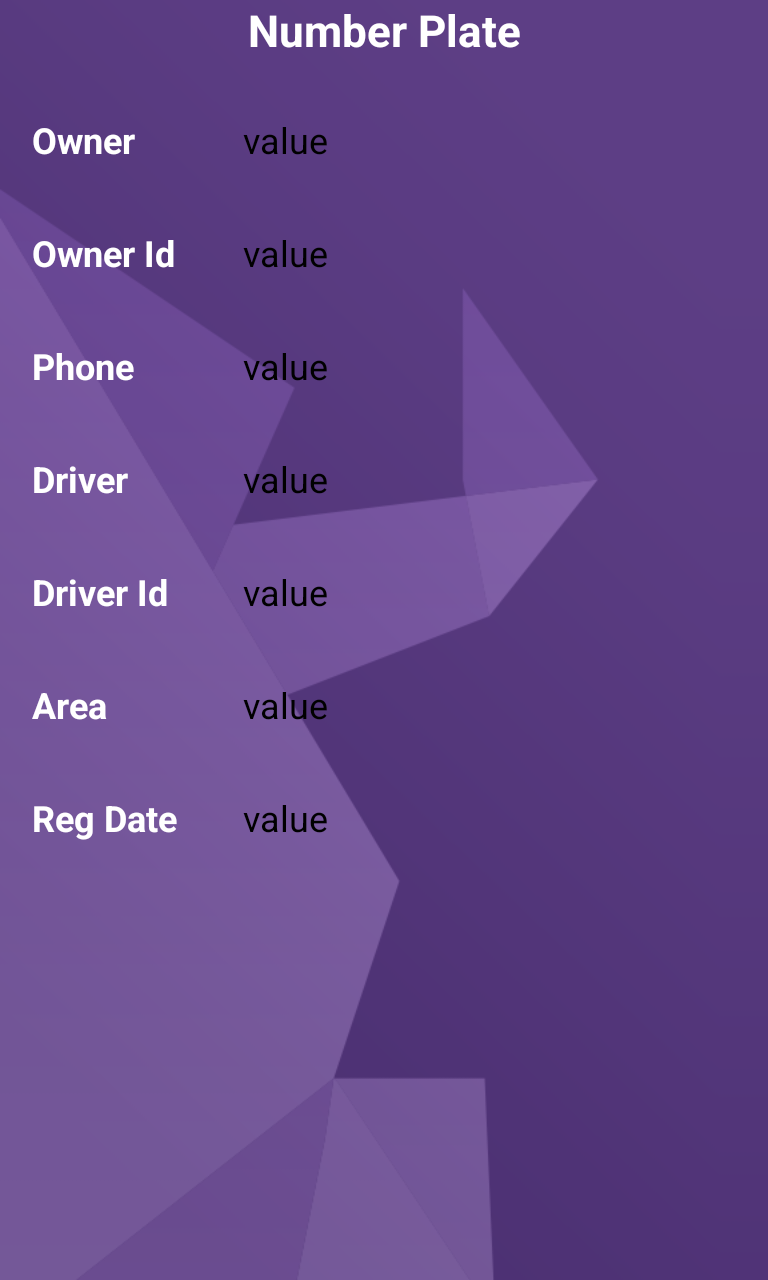
Repository: walteranyika/personal
Layout: PikiPiki/res/layout/activity_details.xml
An editor plug-in stored every save of this project. The layout is shown before and after the next save, followed by the edit.
It is drawn on a 768 x 1280 px phone screen (xhdpi) without system bars, with theme AppTheme; the app's code is not run.

Above is the layout before, as saved 2015-11-06 12:13:09.

After the next save:
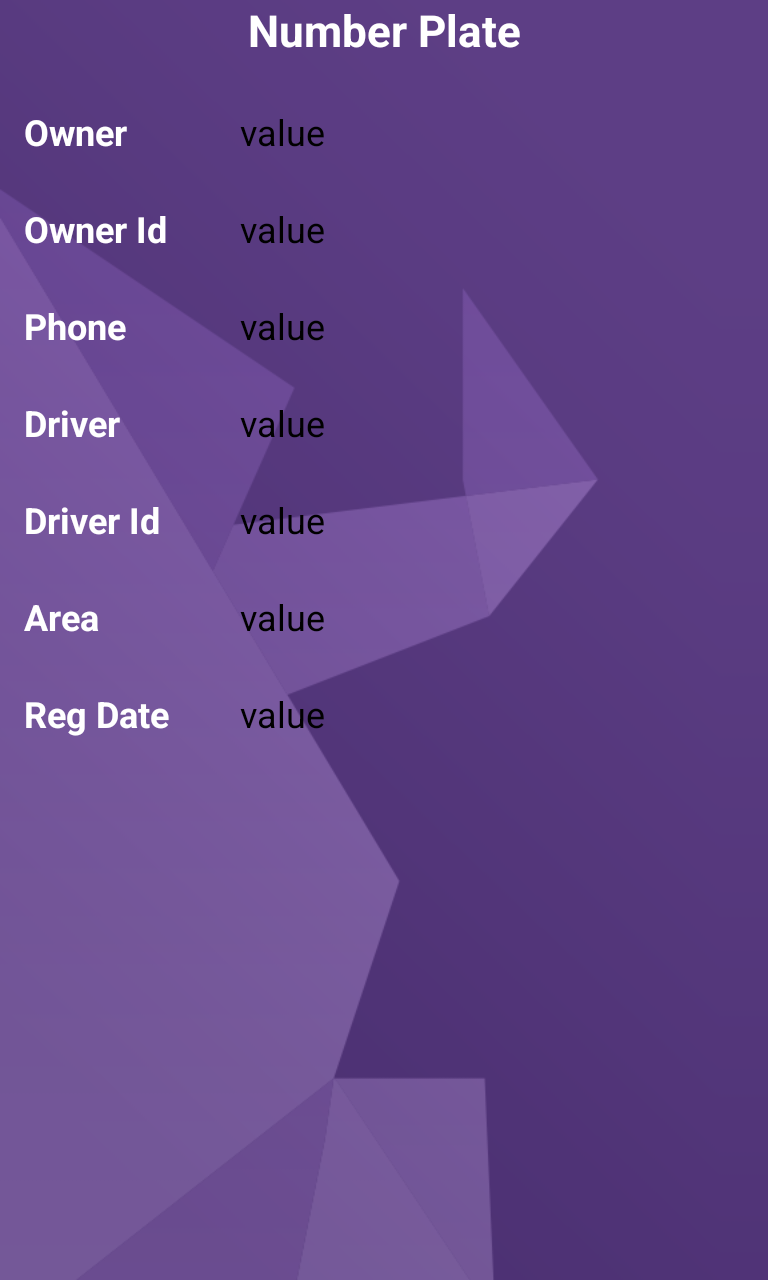
Saved 2 min 58 s later.
--- a/PikiPiki/res/layout/activity_details.xml
+++ b/PikiPiki/res/layout/activity_details.xml
@@ -28,7 +28,7 @@
         android:textStyle="bold" />
 
     <LinearLayout
-        android:padding="16dp"
+        android:padding="12dp"
         android:id="@+id/LinearLayout01"
         android:layout_width="fill_parent"
         android:layout_height="wrap_content"
@@ -56,7 +56,7 @@
     </LinearLayout>
 
     <LinearLayout
-        android:padding="16dp"
+        android:padding="12dp"
         android:id="@+id/LinearLayout02"
         android:layout_width="fill_parent"
         android:layout_height="wrap_content"
@@ -84,7 +84,7 @@
     </LinearLayout>
 
     <LinearLayout
-        android:padding="16dp"
+        android:padding="12dp"
         android:id="@+id/LinearLayout03"
         android:layout_width="fill_parent"
         android:layout_height="wrap_content"
@@ -112,7 +112,7 @@
     </LinearLayout>
 
     <LinearLayout
-        android:padding="16dp"
+        android:padding="12dp"
         android:id="@+id/LinearLayout04"
         android:layout_width="fill_parent"
         android:layout_height="wrap_content"
@@ -140,7 +140,7 @@
     </LinearLayout>
 
     <LinearLayout
-        android:padding="16dp"
+        android:padding="12dp"
         android:id="@+id/LinearLayout05"
         android:layout_width="fill_parent"
         android:layout_height="wrap_content"
@@ -168,7 +168,7 @@
     </LinearLayout>
 
     <LinearLayout
-        android:padding="16dp"
+        android:padding="12dp"
         android:id="@+id/LinearLayout06"
         android:layout_width="fill_parent"
         android:layout_height="wrap_content"
@@ -196,7 +196,7 @@
     </LinearLayout>
 
     <LinearLayout
-        android:padding="16dp"
+        android:padding="12dp"
         android:id="@+id/linearLayout1"
         android:layout_width="fill_parent"
         android:layout_height="wrap_content"
